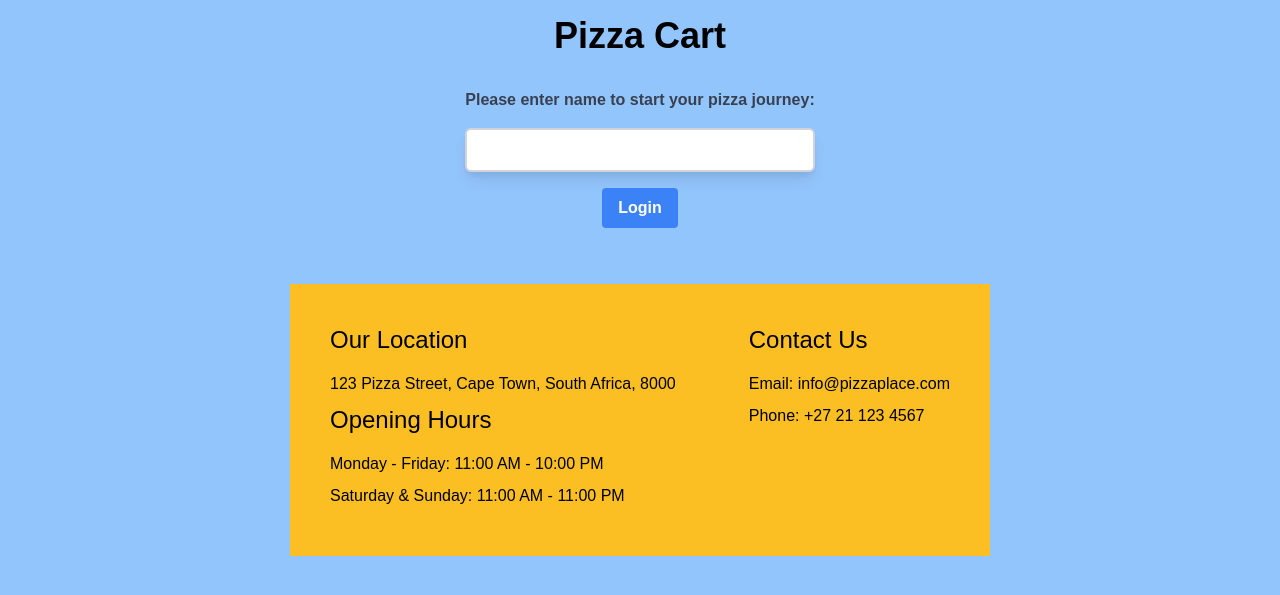
Repository: lasity34/pizza-cart-with-api
Page: index.html
An editor plug-in stored every save of this project. The page is shown before and after the next save, followed by the edit.
The browser window is 1280 px wide. The pictures show the whole page.
The page's requests for data from a server got no answer. Some web fonts or font styles are not loaded; a fallback is used. Some web libraries are served in a nearby version.

Above is the page before, as saved 2023-07-16 21:43:36.
Console error (its wording comes from the project's code and is left out).

### index.html
<!DOCTYPE html>
<html lang="en">
  <head>
    <meta charset="UTF-8" />
    <meta name="viewport" content="width=device-width, initial-scale=1.0" />
    <title>Pizza Cart</title>
    <script src="//unpkg.com/alpinejs" defer></script>
    <link
      href="https://cdn.jsdelivr.net/npm/tailwindcss@2.1.2/dist/tailwind.min.css"
      rel="stylesheet"
    />
    <script
      src="https://cdnjs.cloudflare.com/ajax/libs/axios/1.4.0/axios.min.js"
      integrity="sha512-uMtXmF28A2Ab/JJO2t/vYhlaa/3ahUOgj1Zf27M5rOo8/+fcTUVH0/E0ll68njmjrLqOBjXM3V9NiPFL5ywWPQ=="
      crossorigin="anonymous"
      referrerpolicy="no-referrer"
    ></script>
    <link href="./style.css" rel="stylesheet" />
    <link rel="preconnect" href="https://fonts.googleapis.com" />
    <link rel="preconnect" href="https://fonts.gstatic.com" crossorigin />
    <link
      href="https://fonts.googleapis.com/css2?family=Titillium+Web:ital@0;1&family=Tsukimi+Rounded:wght@300;400;500&display=swap"
      rel="stylesheet"
    />
  </head>
  <body x-data="pizzaCart" class="bg-blue-300" x-cloak>

    <section class="flex justify-center items-center">
      <h1 class="text-4xl pt-4 font-bold">Pizza Cart</h1>
    </section>

    <section class="flex flex-col items-center mt-8 pb-4">
      <h3 class="text-md font-semibold mb-2 text-center text-gray-700">Please enter name to start your pizza journey:</h3>
      <input type="text" x-model="usernameInput" class="w-1/2 mt-2 p-2 rounded-md border-2 border-gray-300 shadow-lg focus:outline-none focus:ring-2 focus:ring-blue-600" />
      <button class="mt-4 bg-blue-500 hover:bg-blue-700 text-white font-bold py-2 px-4 rounded" @click="login()">Login</button>

      <p x-html="usernameMessage" ></p>



    </section>


    <section  x-show=" cartTotal > 0 "
  class="shop-container my-3 sm:my-4 p-4 sm:p-5 flex flex-col text-xs sm:text-sm justify-center items-center"
>
  <h2 class="text-xl sm:text-2xl mb-2 font-bold">Shopping Cart</h2>
  <div class="mt-4 flex flex-col items-center">
    <div>
        <section class="mt-6">
            <table class="table-auto w-full rounded-lg overflow-hidden shadow-lg max-w-md mx-auto">
                <thead class="bg-red-600">
                    <tr>
                        <th class="px-2 sm:px-3 py-1 text-left text-xs sm:text-sm font-bold font-medium text-white uppercase tracking-wider">Flavour</th>
                        <th class="px-2 sm:px-3 py-1 text-left text-xs sm:text-sm font-medium text-white uppercase tracking-wider">Size</th>
                        <th class="px-2 sm:px-3 py-1 text-left text-xs sm:text-sm font-medium text-white uppercase tracking-wider">Quantity</th>
                        <th class="px-2 sm:px-3 py-1 text-left text-xs sm:text-sm font-medium text-white uppercase tracking-wider">Price</th>
                        <th class="px-2 sm:px-3 py-1 text-left text-xs sm:text-sm font-medium text-white uppercase tracking-wider">Total</th>
                    </tr>
                </thead>
                <tbody class="bg-yellow-100 divide-y divide-gray-200 overflow-auto max-h-48 sm:max-h-56">

                    <template x-for="pizza in cartPizzas">
                        <tr>
                          <td class="px-1 sm:px-2 py-1 whitespace-nowrap font-bold text-xs sm:text-sm text-gray-500" x-text="pizza.flavour"></td>

                            <td class="px-2 sm:px-3 py-1 whitespace-nowrap font-bold text-xs sm:text-sm text-gray-500" x-text="pizza.size"></td>
                            <td class="px-2 sm:px-3 py-1 whitespace-nowrap font-bold text-xs sm:text-sm text-gray-500">
                                <div class="flex items-center justify-center">
                                    <button
                                        @click="addPizzaToCart(pizza.id)"
                                        class="bg-gray-200 hover:bg-gray-300 text-gray-800 font-bold py-1 px-2 sm:px-3 rounded-l"
                                    >
                                        +
                                    </button>
                                    <div x-text="pizza.qty" class="mx-1 sm:mx-2"></div>
                                    <button
                                        @click="removePizzaFromCart(pizza.id)"
                                        class="bg-gray-200 hover:bg-gray-300 text-gray-800 font-bold py-1 px-2 sm:px-3 rounded-r"
                                    >
                                        -
                                    </button>
                                </div>
                            </td>
                            <td class="px-2 sm:px-3 py-1 whitespace-nowrap text-xs sm:text-sm font-bold text-gray-500">
                                R<span x-text="pizza.price"></span>
                            </td>
                            <td class="px-2 sm:px-3 py-1 whitespace-nowrap text-xs sm:text-sm font-bold text-gray-500">
                                R<span x-text="(pizza.qty * pizza.price).toFixed(2)"></span>
                            </td>
                        </tr>
                    </template>
                </tbody>
            </table>
        </section>
    </div>
    <div class="flex justify-center mt-2 sm:mt-4">
      <p class="font-bold">Total Cost</p>
      <p class="ml-3 sm:ml-5 font-bold">
        R<span x-text="(cartTotal).toFixed(2)">0.00</span>
      </p>
    </div>


    <div class="mt-2 sm:mt-4"  x-cloak>
      <label class="font-bold">Payment Amount:</label>
      <input
        placeholder="Enter payment here"
        type="number"
        step="0.01"
        class="rounded ml-1 sm:ml-2 py-1 sm:py-2"
        x-model="paymentAmount"
      />
    </div>
    <div class="mt-3 sm:mt-6">
      <button
        x-cloak
        @click="payForCart()"
        class="bg-gray-300 hover:bg-gray-400 py-1 sm:py-2 px-4 sm:px-8 rounded font-bold"
      >
        <span>Pay</span>
      </button>
    </div>
  </div>
</section>




    <section x-show="cartId" class="pizza_columns mt-8">
      <div
        class="flex flex-col gap-4 mx-auto items-center lg:items-stretch lg:flex-row justify-center"
      >
        <div
          class="flex bg-blue-500 rounded p-4 w-4/5 lg:w-4/5 flex-grow flex-shrink flex flex-col justify-between text-black items-center"
        >
          <div class="flex-grow flex flex-col items-center justify-center">
            <img src="./pizza.png" width="50" />
            <h3 class="mb-2 font-bold">Small Pizza</h3>
            <h3 class="mb-2 font-bold">R27.99</h3>
            <p class="mb-4">
              A petite treat, this pizza packs a punch. Tangy pepperoni, earthy
              mushrooms, and melted mozzarella on our homemade dough. 8" of
              perfection.
            </p>
          </div>
          <button
            @click=""

            class="bg-gray-300 hover:bg-gray-400 transition-colors duration-300 py-2 px-4 rounded font-bold"
          >
            Buy
          </button>
        </div>
        <div
          class="pizza_md bg-green-500 rounded p-4 w-4/5 lg:w-4/5 flex-grow flex-shrink flex flex-col justify-between text-black items-center"
        >
          <div class="flex-grow flex flex-col items-center justify-center">
            <img src="./pizza.png" width="70" />
            <h3 class="mb-2 font-bold">Medium Pizza</h3>
            <h3 class="mb-2 font-bold">R57.99</h3>
            <p class="mb-4">
              Enjoy more with our 12" pizza. Savory pepperoni, sautéed
              mushrooms, and gooey mozzarella atop our golden-brown, hand-tossed
              dough.
            </p>
          </div>
          <button
            @click=""

            class="bg-gray-300 hover:bg-gray-400 transition-colors duration-300 py-2 px-4 rounded font-bold"
          >
            Buy
          </button>
        </div>
        <div
          class="pizza_lg bg-red-500 rounded p-4 w-4/5 lg:w-4/5 flex-grow flex-shrink flex flex-col justify-between text-black items-center"
        >
          <div class="flex-grow flex flex-col items-center justify-center">
            <img src="./pizza.png" width="100" />
            <h3 class="mb-2 font-bold">Large Pizza</h3>
            <h3 class="mb-2 font-bold">R87.99</h3>
            <p class="mb-4">
              Go big with our 16" pizza. Layered with spicy pepperoni, juicy
              mushrooms, and bubbling mozzarella. Perfect for sharing or
              satisfying the largest of appetites.
            </p>
          </div>
          <button
            @click=""

            class="bg-gray-300 hover:bg-gray-400 transition-colors duration-300 py-2 px-4 rounded font-bold"
          >
            Buy
          </button>
        </div>
      </div>
    </section>
    <!-- all pizzas display -->
    <section class="mt-8" x-show="cartId">
        <div class="flex flex-col items-center">
            <template x-for="pizza in pizzas">
                <div class="flex items-center border-b border-gray-200 bg-yellow-200 shadow-lg rounded-lg px-4 py-4 my-3 w-full max-w-xl">
                    <div class="w-24 h-24 flex-shrink-0">
                        <img src="./pizza.png" class="w-full h-full object-cover rounded-lg" />
                    </div>
                    <div class="ml-4 flex-grow flex justify-between w-3/4 items-center">
                        <h5 class="ml-2 text-lg font-bold text-black" x-text="pizza.flavour"></h5>
                        <p class="text-lg text-black mt-5 mb-4 mr-6 font-bold">R<span x-text="pizza.price"></span></p>
                    </div>
                    <div>
                        <button @click="addPizzaToCart(pizza.id, pizza.flavour)" class="bg-gray-600 hover:bg-gray-700 text-white font-bold py-2 px-4 rounded">Buy</button>
                    </div>
                </div>
            </template>
        </div>
    </section>



    <footer class="bg-yellow-400 text-black mt-10 p-10">
      <div class="container mx-auto flex justify-between">
        <div>
          <h2 class="text-2xl mb-4">Our Location</h2>
          <p class="mb-2">123 Pizza Street, Cape Town, South Africa, 8000</p>

          <h2 class="text-2xl mb-4">Opening Hours</h2>
          <p class="mb-2">Monday - Friday: 11:00 AM - 10:00 PM</p>
          <p class="mb-2">Saturday & Sunday: 11:00 AM - 11:00 PM</p>
        </div>
        <div>
          <h2 class="text-2xl mb-4">Contact Us</h2>
          <p class="mb-2">Email: info@pizzaplace.com</p>
          <p class="mb-2">Phone: +27 21 123 4567</p>
        </div>
      </div>
    </footer>

    <div
    x-show="show"
    x-transition:enter="transition ease-out duration-300"
    x-transition:enter-start="opacity-0"
    x-transition:enter-end="opacity-100"
    x-transition:leave="transition ease-in duration-300"
    x-transition:leave-start="opacity-100"
    x-transition:leave-end="opacity-0"
    class="fixed inset-0 bg-black bg-opacity-50"
    @click="show = false"
  ></div>
  <div
    x-show="show"
    x-transition:enter="transition ease-out duration-300"
    x-transition:enter-start="opacity-0 transform scale-90"
    x-transition:enter-end="opacity-100 transform scale-100"
    x-transition:leave="transition ease-in duration-300"
    x-transition:leave-start="opacity-100 transform scale-100"
    x-transition:leave-end="opacity-0 transform scale-90"
    class="fixed inset-0 flex items-center justify-center z-50"
  >
    <div >
      <p x-html="message"></p>
    </div>
  </div>


    <script src="./pizza.js"></script>
  </body>
</html>

### style.css

body {
    max-width: 700px;
    margin: 0 auto;

font-family: 'Tsukimi Rounded', sans-serif;
}

.shop-container {
    background-color: rgb(205, 190, 50);
    max-width: 95%;
    margin: 1em auto;
}

input::-webkit-outer-spin-button,
input::-webkit-inner-spin-button {
  -webkit-appearance: none;
  margin: 0;
}

input[type="number"] {
  -moz-appearance: textfield;
 text-indent: 10px;
}

[x-cloak] { display: none; }

### pizza.js
function pizzaCart() {
  return {
    quantity: 0,
    paymentAmount: 0,
    message: "",
    username: "",
    usernameInput: '',
    usernameMessage: '',
    show: false,
    lastMessageAdded: "",
    pizzas: [],
    cartPizzas: [],
    cartId: "",
    cartTotal: 0.0,
    toggleModal() {
      this.show = !this.show;
      if (this.show) {
        setTimeout(() => {
          this.show = false;
        }, 2500);
      }
    },

    // API

    login() {
      if (this.usernameInput.length < 2) {
        this.usernameMessage = `<span class="mt-4 text-lg font-bold text-white bg-red-500 p-3 rounded inline-block">Username too Short</span>`;
        setTimeout(() => {
            this.usernameMessage = '';
        }, 2000); // Close after 2 seconds
      } else {
        this.username = this.usernameInput
        this.usernameInput = ''
        this.usernameMessage =  `<span class="mt-4 text-xl font-bold text-gray-700 bg-white p-3 rounded inline-block">🛒 Welcome + ${ this.username} 🛒</span>
        `;
        // Store username in the localStorage
        localStorage.setItem("username", this.username);
        setTimeout(() => {
          this.usernameMessage = '';
      }, 2000); // Close after 2 seconds
        this.createCart();
      }
    },


    createCart() {
      return new Promise((resolve, reject) => {
        if (!this.username) {
          reject();
          return;
        }

        const cartid = localStorage["cartId"];
        const createCartURL = `https://pizza-api.projectcodex.net/api/pizza-cart/create?username=${this.username}`;

        if (cartid) {
          this.cartId = cartid;
          resolve();
        } else {
          axios.get(createCartURL).then((result) => {
            this.cartId = result.data.cart_code;
            localStorage["cartId"] = this.cartId;
            resolve();
          });
        }
      });
    },

    getCart() {
      const getCartURL = `https://pizza-api.projectcodex.net/api/pizza-cart/${this.cartId}/get`;
      return axios.get(getCartURL);
    },

    addPizza(pizzaId) {
      return axios.post(
        "https://pizza-api.projectcodex.net/api/pizza-cart/add",
        {
          cart_code: this.cartId,
          pizza_id: pizzaId,
        }
      );
    },
    removePizza(pizzaId) {
      return axios.post(
        "https://pizza-api.projectcodex.net/api/pizza-cart/remove",
        {
          cart_code: this.cartId,
          pizza_id: pizzaId,
        }
      );
    },
    pay(amount) {
      return axios.post(
        "https://pizza-api.projectcodex.net/api/pizza-cart/pay",
        {
          cart_code: this.cartId,
          amount,
        }
      );
    },
    showCartData() {
      this.getCart().then((result) => {
        const cartData = result.data;
        this.cartPizzas = cartData.pizzas;
        this.cartTotal = cartData.total;
      });
    },
    async init() {
      axios
        .get("https://pizza-api.projectcodex.net/api/pizzas")
        .then((result) => {
          this.pizzas = result.data.pizzas;
        });

        const storedUsername = localStorage.getItem("username");
        if (storedUsername) {
          this.username = storedUsername;
        }

        await this.createCart()

      this.showCartData();
    },
    addPizzaToCart(pizzaId, pizzaFlavor) {
      this.addPizza(pizzaId).then(() => {
        this.message = `<span class="bg-white text-gray-800 text-2xl py-4 px-4 rounded shadow text-lg font-bold"> 🍕 ${pizzaFlavor} has been added 🍕</span>`

        this.toggleModal()
        this.showCartData();
      });
    },
    removePizzaFromCart(pizzaId) {
      this.removePizza(pizzaId).then(() => {
        this.showCartData();
      });
    },
    payForCart() {
      this.pay(this.paymentAmount).then((result) => {
        if (result.data.status === "failure") {
          this.message = `<span class="bg-red-700 text-white py-2 px-4 rounded shadow text-2xl font-bold">${result.data.message}</span>`
          ;
          this.toggleModal()
          setTimeout(() => (this.message = ""), 3000);
        } else {
          this.message = `<span class="bg-yellow-100  py-2 px-4 rounded shadow text-lg font-bold">🥳 Payment Received! time to eat 🥳</span>`;
          this.toggleModal();

          setTimeout(() => {
            this.message = "";
            this.cartPizzas = [];
            this.cartTotal = 0.0;
            this.cartId = "";
            localStorage.removeItem('username');
            localStorage.removeItem('cartId');
            this.paymentAmount = 0;

          }, 3000);
        }
      });
    },
  };
}

document.addEventListener("alpine:init", () => {
  Alpine.data("pizzaCart", pizzaCart);
});

After the next save:
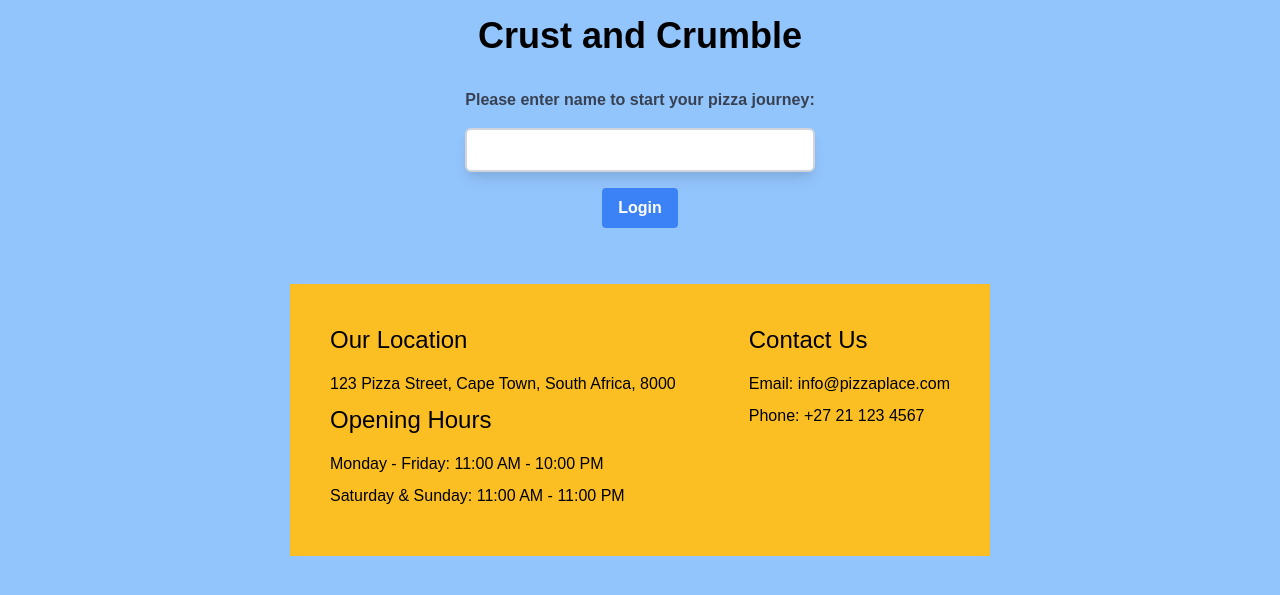
Saved 2 min 0 s later.
--- a/index.html
+++ b/index.html
@@ -26,7 +26,7 @@
   <body x-data="pizzaCart" class="bg-blue-300" x-cloak>
 
     <section class="flex justify-center items-center">
-      <h1 class="text-4xl pt-4 font-bold">Pizza Cart</h1>
+      <h1 class="text-4xl pt-4 font-bold">Crust and Crumble</h1>
     </section>
 
     <section class="flex flex-col items-center mt-8 pb-4">
